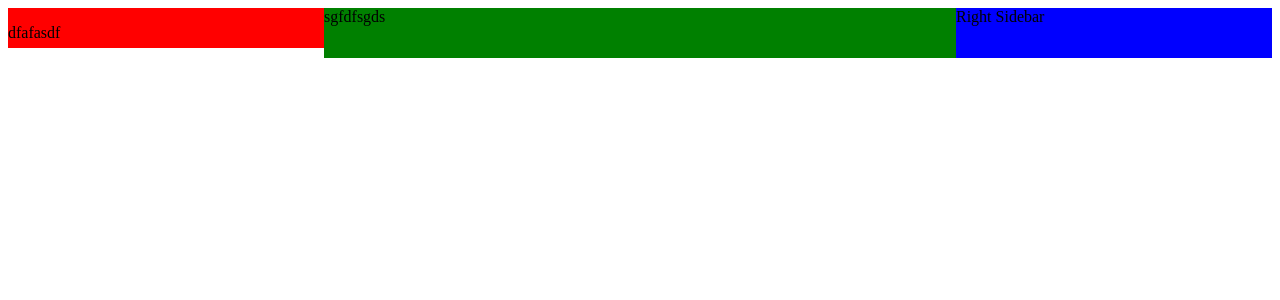
Repository: SainediAmbika/RecallingAll
Page: Angular Recalling/Flex+Grid/index.html
An editor plug-in stored every save of this project. The page is shown before and after the next save, followed by the edit.
The browser window is 1280 px wide. The pictures show the whole page.

Above is the page before, as saved 2025-05-20 11:41:31.

After the next save:
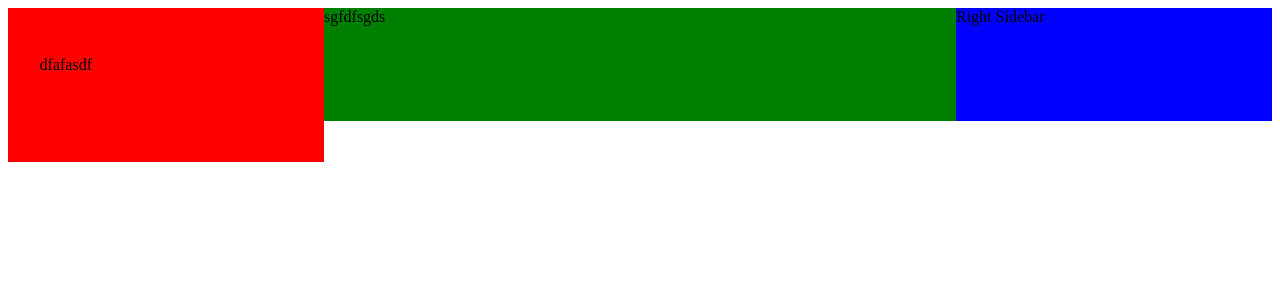
Saved 34 s later.
--- a/Angular Recalling/Flex+Grid/app.css
+++ b/Angular Recalling/Flex+Grid/app.css
@@ -5,4 +5,5 @@
 }
 .leftSidebar, mainContent, rightSidebar {
     height: 80%;
+    padding: 10%;
 }
